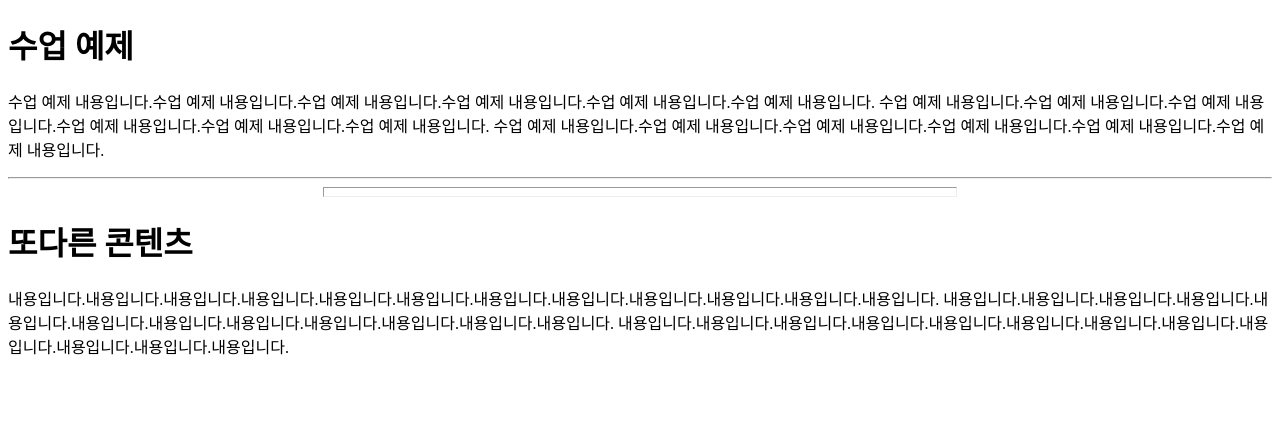
Repository: JeongWoo-Jang/Edu-Backup
Page: 5. HTML & CSS & JS/ClientTest/WebContent/ex08_hr.html
The author's editor kept a copy of each file at every save. The page is drawn from the files as they stood at one save, then again after the next save.
The browser window is 1280 px wide. The pictures show the whole page.

Above is the page before, as saved 2020-06-19 00:24:12.

After the next save:
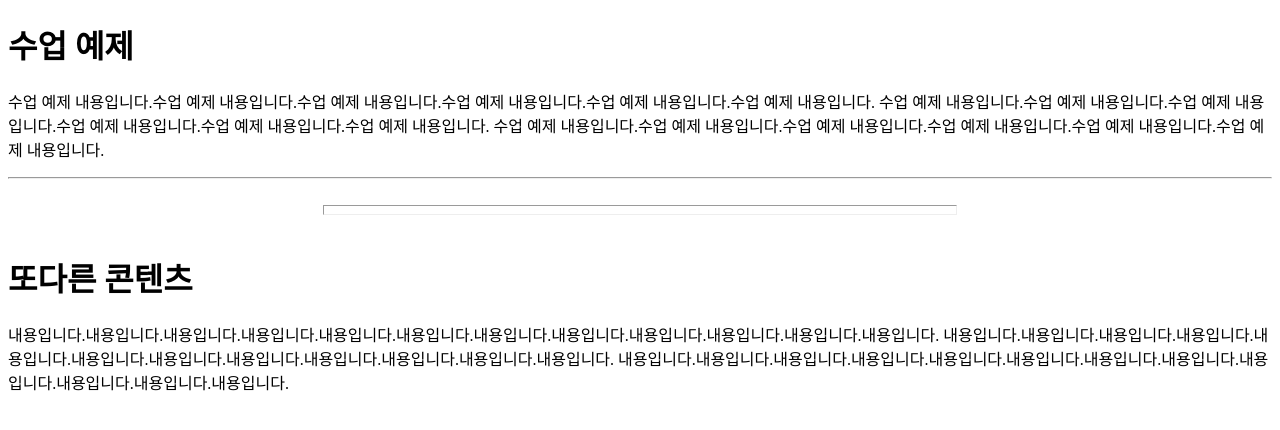
Saved 92 s later.
--- a/5. HTML & CSS & JS/ClientTest/WebContent/ex08_hr.html
+++ b/5. HTML & CSS & JS/ClientTest/WebContent/ex08_hr.html
@@ -32,7 +32,9 @@
       1. size : 두께
       2. width : 너비
    -->
+   <div style="bacground-color : yellow; padding: 10px 0px">
    <hr size = "10" width = "50%">
+   </div>
 
    <h1>또다른 콘텐츠</h1>
    <p>내용입니다.내용입니다.내용입니다.내용입니다.내용입니다.내용입니다.내용입니다.내용입니다.내용입니다.내용입니다.내용입니다.내용입니다.
